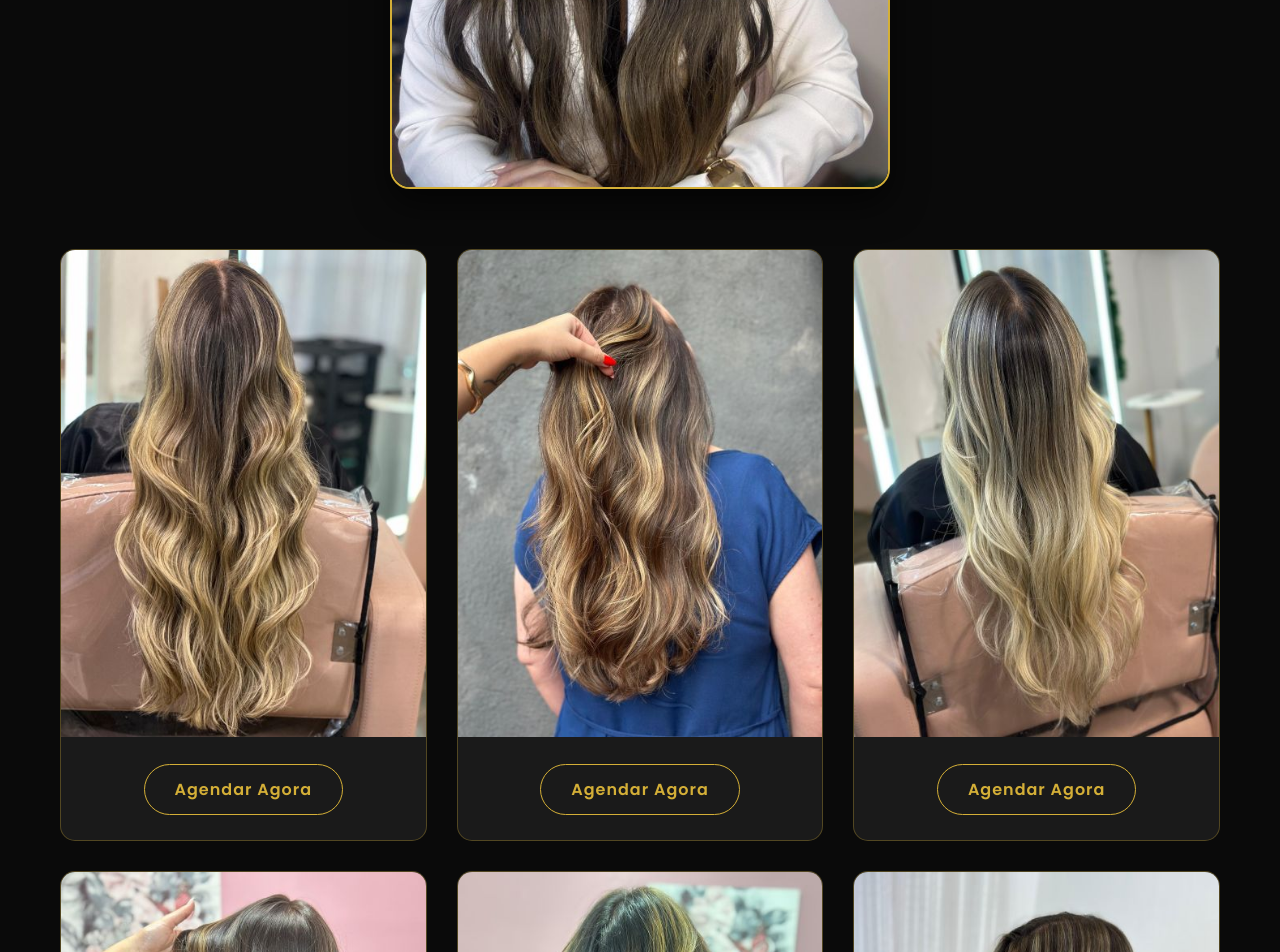
Repository: Sandro1969-tech/campanini-beauty
Page: index.html
An editor plug-in stored every save of this project. The page is shown before and after the next save, followed by the edit.
The browser window is 1280 px wide. The pictures show the part of the page from y = 729 to 1681 px (the page is 3473 px tall before and 2901 px after).

Above is the page before, as saved 2026-02-17 19:55:28.

### index.html
<!DOCTYPE html>
<html lang="pt-br">
<head>
    <meta charset="UTF-8">
    <meta name="viewport" content="width=device-width, initial-scale=1.0">
    <title>Campanini Beauty | Clínica Premium</title>
    <link rel="icon" href="assets/image/favicon.png" type="image/x-icon">
    <link href="https://fonts.googleapis.com/css2?family=Playfair+Display:wght@700&family=Poppins:wght@300;400;600&display=swap" rel="stylesheet">
    <link rel="stylesheet" href="https://cdnjs.cloudflare.com/ajax/libs/font-awesome/6.0.0/css/all.min.css">

    <style>
        :root {
            --gold: #D4AF37;
            --gold-light: #F1D592;
            --black: #0a0a0a;
            --dark-gray: #1a1a1a;
            --white: #ffffff;
            --transition: all 0.4s cubic-bezier(0.175, 0.885, 0.32, 1.275);
        }

        .light-mode {
            --black: #f4f4f4;
            --dark-gray: #ffffff;
            --white: #0a0a0a;
        }

        * { margin: 0; padding: 0; box-sizing: border-box; }

        body {
            background-color: var(--black);
            color: var(--white);
            font-family: 'Poppins', sans-serif;
            transition: background 0.5s ease;
            overflow-x: hidden;
        }

        header {
            padding: 15px 30px;
            display: flex;
            justify-content: space-between;
            align-items: center;
            background: rgba(0,0,0,0.9);
            position: sticky;
            top: 0;
            z-index: 1000;
            border-bottom: 1px solid var(--gold);
        }

        .logo img { height: 50px; }

        .theme-switch { cursor: pointer; font-size: 1.5rem; color: var(--gold); }

        /* --- TÍTULO PULSANTE ATUALIZADO --- */
        .pulsing-title {
            font-family: 'Playfair Display', serif;
            font-size: 3.5rem;
            text-align: center;
            color: var(--gold);
            margin: 40px 0;
            animation: pulse 2.5s infinite;
            letter-spacing: 2px;
        }

        @keyframes pulse {
            0% { transform: scale(1); text-shadow: 0 0 5px rgba(212, 175, 55, 0.2); }
            50% { transform: scale(1.05); text-shadow: 0 0 25px var(--gold); }
            100% { transform: scale(1); text-shadow: 0 0 5px rgba(212, 175, 55, 0.2); }
        }

        /* --- IMAGEM PRINCIPAL CENTRALIZADA E MENOR --- */
        .hero {
            width: 100%;
            display: flex;
            justify-content: center;
            padding: 10px 20px;
        }

        .hero img {
            max-width: 500px; /* Tamanho reduzido para não ocupar a tela toda */
            width: 100%;
            height: auto;
            border-radius: 20px;
            object-fit: cover;
            border: 2px solid var(--gold);
            box-shadow: 0 15px 35px rgba(0,0,0,0.6);
        }

        /* --- GRID DE SERVIÇOS --- */
        .container { max-width: 1200px; margin: 50px auto; padding: 0 20px; }
        .grid { display: grid; grid-template-columns: repeat(auto-fit, minmax(280px, 1fr)); gap: 30px; }

        .card {
            background: var(--dark-gray);
            border: 1px solid rgba(212, 175, 55, 0.3);
            border-radius: 15px;
            overflow: hidden;
            text-align: center;
            padding-bottom: 25px;
            transition: var(--transition);
        }

        .card:hover {
            transform: translateY(-10px);
            border-color: var(--gold);
            box-shadow: 0 10px 30px rgba(212, 175, 55, 0.2);
        }

        .card img {
            width: 100%;
            height: ;
            object-fit: contain; /* Garante que a imagem não fique esticada */
        }

        /* --- SEÇÃO DE DEPOIMENTOS --- */
        .testimonials-section {
            padding: 80px 20px;
            background: linear-gradient(180deg, var(--black) 0%, #111 100%);
            text-align: center;
        }

        .testimonials-grid {
            display: flex;
            justify-content: center;
            flex-wrap: wrap;
            gap: 30px;
            margin-top: 40px;
        }

        .testimonial-card {
            background: var(--dark-gray);
            padding: 30px;
            border-radius: 20px;
            width: 300px;
            border: 1px solid rgba(212, 175, 55, 0.1);
            position: relative;
        }

        .testimonial-card img {
            width: 90px;
            height: 90px;
            border-radius: 50%;
            border: 3px solid var(--gold);
            margin-bottom: 15px;
            object-fit: cover;
        }

        .testimonial-card h4 { color: var(--gold); margin-bottom: 10px; font-size: 1.1rem; }
        .testimonial-card p { font-style: italic; font-size: 0.9rem; color: #ccc; line-height: 1.5; }

        .btn-booking {
            display: inline-block;
            margin-top: 20px;
            padding: 12px 30px;
            background: transparent;
            color: var(--gold);
            border: 1px solid var(--gold);
            border-radius: 50px;
            text-decoration: none;
            font-weight: 600;
            letter-spacing: 1px;
            transition: var(--transition);
        }

        .btn-booking:hover {
            background: var(--gold);
            color: var(--black);
            transform: scale(1.05);
        }

        /* WhatsApp */
        .whatsapp-float {
            position: fixed; bottom: 30px; right: 30px;
            background: #25d366; color: white;
            width: 60px; height: 60px; border-radius: 50%;
            display: flex; align-items: center; justify-content: center;
            font-size: 30px; z-index: 1000; text-decoration: none;
            box-shadow: 0 4px 15px rgba(0,0,0,0.3);
        }

        footer { padding: 60px 20px; text-align: center; border-top: 1px solid var(--gold); background: #000; }
        .map-container { margin: 30px auto; max-width: 900px; height: 350px; border: 1px solid var(--gold); border-radius: 10px; overflow: hidden; }

    </style>
</head>
<body>

    <header>
        <div class="logo">
            <img src="assets/image/Logo escrito 'Campan.png" alt="Campanini Beauty">
        </div>
        <div class="theme-switch" onclick="toggleTheme()">
            <i id="theme-icon" class="fas fa-moon"></i>
        </div>
    </header>

    <h1 class="pulsing-title">Campanini Beauty</h1>

    <div class="hero">
        <img src="assets/image/principal.jpg" alt="Destaque Campanini Beauty">
    </div>

    <div class="container">
        <div class="grid">
            <div class="card">
                <img src="assets/image/imagem1.jpg" alt="Procedimento">
                <a href="#" class="btn-booking">Agendar Agora</a>
            </div>
            <div class="card">
                <img src="assets/image/imagem2.jpg" alt="Procedimento">
                <a href="#" class="btn-booking">Agendar Agora</a>
            </div>
            <div class="card">
                <img src="assets/image/imagem3.jpg" alt="Procedimento">
                <a href="#" class="btn-booking">Agendar Agora</a>
            </div>
                        <div class="card">
                <img src="assets/image/imagem4.jpg" alt="Procedimento">
                <a href="#" class="btn-booking">Agendar Agora</a>
            </div>
            <div class="card">
                <img src="assets/image/imagem5.jpg" alt="Procedimento">
                <a href="#" class="btn-booking">Agendar Agora</a>
            </div>
            <div class="card">
                <img src="assets/image/imagem6.jpg" alt="Procedimento">
                <a href="#" class="btn-booking">Agendar Agora</a>
            </div>

        </div>
    </div>

    <section class="testimonials-section">
        <h2 style="font-family: 'Playfair Display'; color: var(--gold); font-size: 2.2rem; margin-bottom: 10px;">Experiências Reais</h2>
        <p style="color: #888;">O que nossas clientes dizem sobre a Campanini Beauty</p>

        <div class="testimonials-grid">
            <div class="testimonial-card">
                <img src="https://randomuser.me/api/portraits/women/32.jpg" alt="Cliente">
                <h4>Juliana Paes</h4>
                <p>"A melhor clínica de estética que já frequentei. O profissionalismo e o luxo do ambiente são incomparáveis."</p>
            </div>
            <div class="testimonial-card">
                <img src="https://randomuser.me/api/portraits/women/45.jpg" alt="Cliente">
                <h4>Roberta Magalhães</h4>
                <p>"Resultados visíveis logo na primeira sessão. A equipe Campanini Beauty é extremamente atenciosa."</p>
            </div>
            <div class="testimonial-card">
                <img src="https://randomuser.me/api/portraits/women/65.jpg" alt="Cliente">
                <h4>Carla Silveira</h4>
                <p>"Um verdadeiro refúgio de beleza em SP. Saio daqui renovada todas as semanas!"</p>
            </div>
        </div>
    </section>

    <footer>
        <p style="color: var(--gold); margin-bottom: 10px;">ONDE ESTAMOS</p>
        <p><strong>Rua soldado João de Oliveira, 421 - Chácara Inglesa, São Paulo</strong></p>

        <div class="map-container">
            <iframe src="https://www.google.com/maps/embed?pb=!1m18!1m12!1m3!1d3656.345!2d-46.638!3d-23.60!2m3!1f0!2f0!3f0!3m2!1i1024!2i768!4f13.1!3m3!1m2!1s0x0%3A0x0!2zMjPCsDM2JzAwLjAiUyA0NsKwMzgnMTYuOCJX!5e0!3m2!1spt-BR!2sbr!4v1620000000000" width="100%" height="100%" style="border:0;" allowfullscreen="" loading="lazy"></iframe>
        </div>

        <a href="#" class="insta-icon"><i class="fab fa-instagram"></i></a>
        <p style="margin-top: 20px; font-size: 0.8rem; color: #555;">© 2026 Campanini Beauty. Todos os direitos reservados.</p>
    </footer>

    <a href="https://wa.me/5511999999999" class="whatsapp-float">
        <i class="fab fa-whatsapp"></i>
    </a>

    <script>
        function toggleTheme() {
            const body = document.body;
            const icon = document.getElementById('theme-icon');
            body.classList.toggle('light-mode');
            if (body.classList.contains('light-mode')) {
                icon.className = 'fas fa-sun';
            } else {
                icon.className = 'fas fa-moon';
            }
        }
    </script>
</body>
</html>

After the next save:
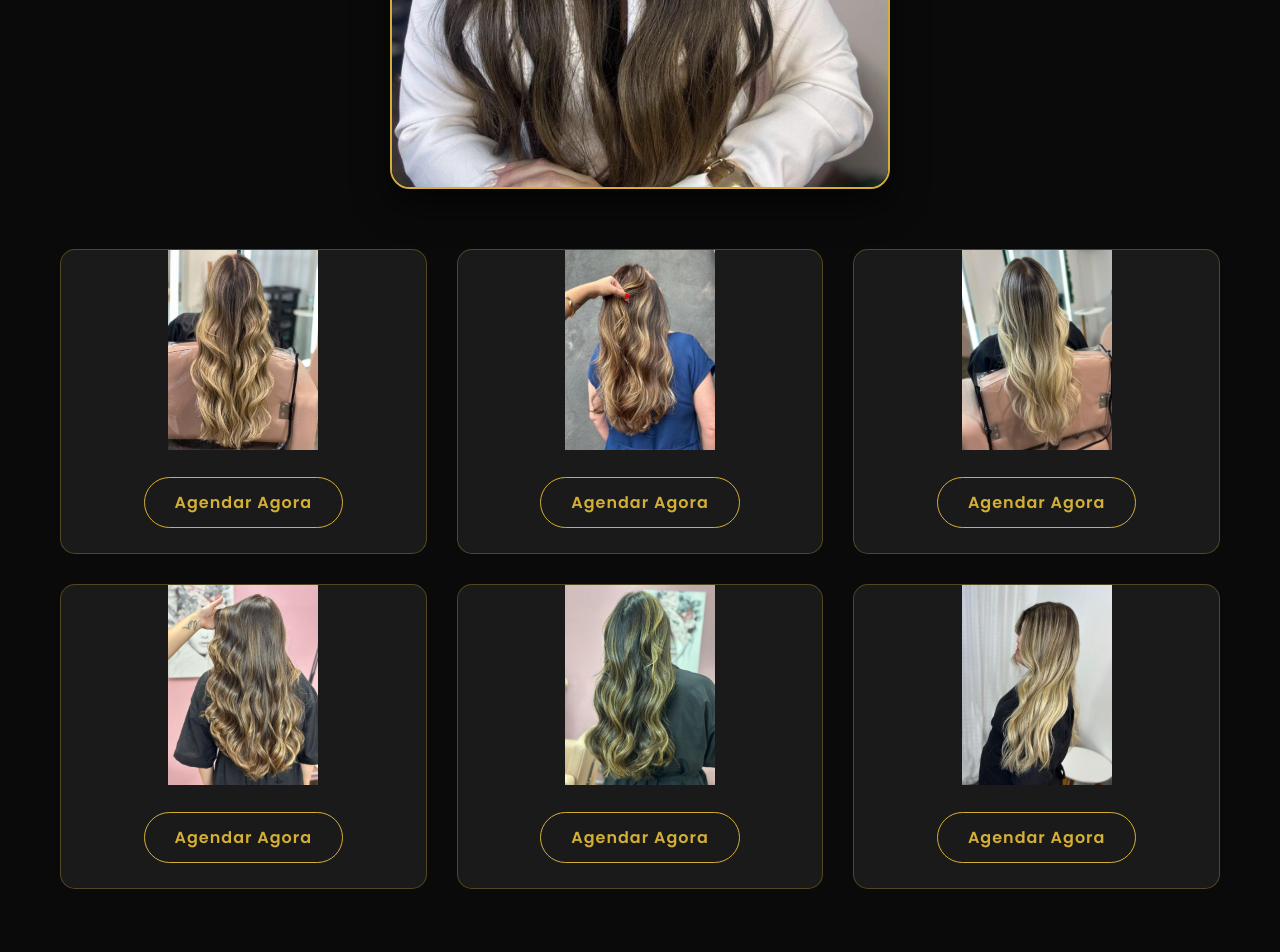
Saved 4 s later.
--- a/index.html
+++ b/index.html
@@ -107,7 +107,7 @@
 
         .card img {
             width: 100%;
-            height: ;
+            height: 200px;
             object-fit: contain; /* Garante que a imagem não fique esticada */
         }
 
